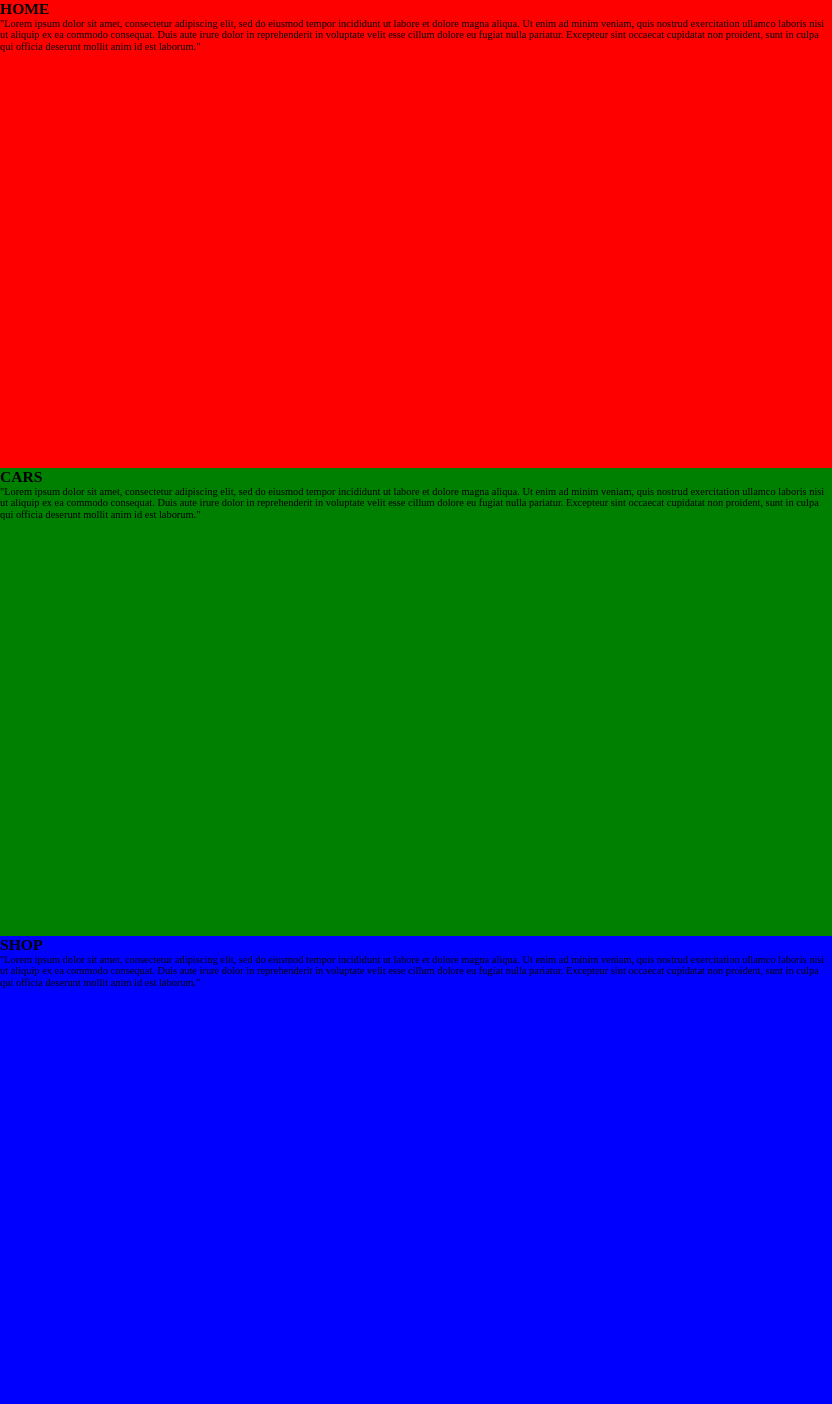
Repository: romgrm/jenaipasdevoiture
Page: src/main/java/fr/romgrm/index.html
The author's editor kept a copy of each file at every save. The page is drawn from the files as they stood at one save, then again after the next save.
The browser window is 1280 px wide. The pictures show the whole page, at 65% of full size.

Above is the page before, as saved 2020-10-15 17:50:44.

After the next save:
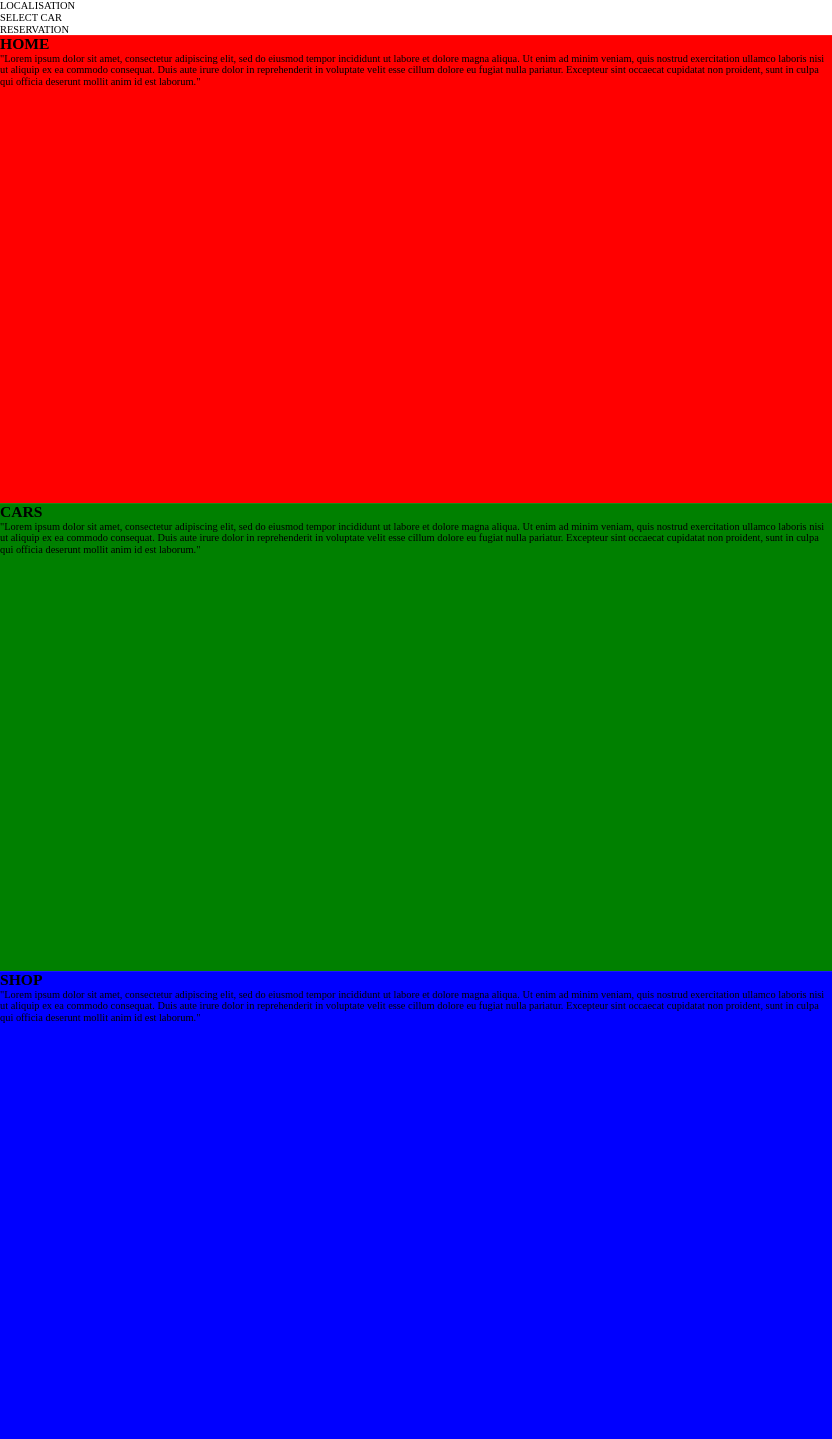
Saved 6 min 28 s later.
--- a/src/main/java/fr/romgrm/index.html
+++ b/src/main/java/fr/romgrm/index.html
@@ -6,7 +6,15 @@
     </head>
     <body>
 
-        <Section id="CONTAINER">
+        <div id="CONTAINER">
+
+            <nav id="navBar">
+                <ul>
+                    <li>LOCALISATION</li>
+                    <li>SELECT CAR</li>
+                    <li>RESERVATION</li>
+                </ul>
+            </nav>
 
 
             <Section id="Section" class="HOME">
@@ -32,4 +40,4 @@
 
 
 
-        </Section>
+        </div>
